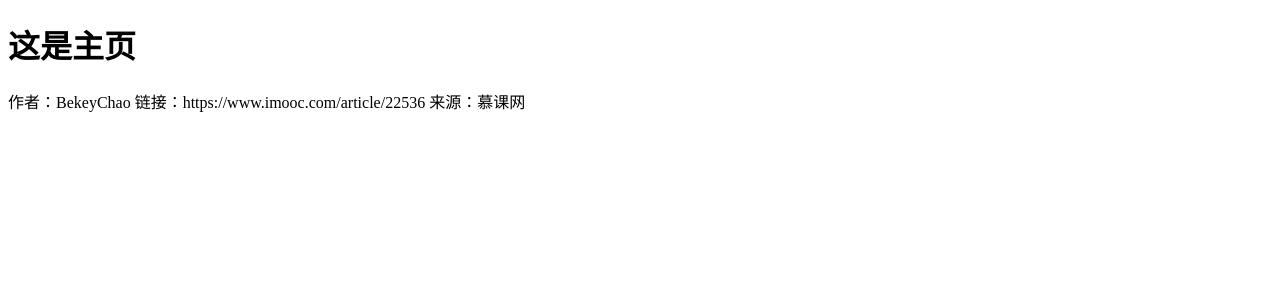
Repository: meveno/demospotify
Page: demospotify/src/main/resources/static/index.html
The author's editor kept a copy of each file at every save. The page is drawn from the files as they stood at one save, then again after the next save.
The browser window is 1280 px wide. The pictures show the whole page.

Above is the page before, as saved 2018-11-07 12:39:57.

### demospotify/src/main/resources/static/index.html
<!DOCTYPE html>
<html lang="en">
<head>
    <meta charset="UTF-8">
    <title>这是主页</title>
</head>
<body>
    <h1>这是主页</h1>
</body>
</html>

作者：BekeyChao
链接：https://www.imooc.com/article/22536
来源：慕课网

After the next save:
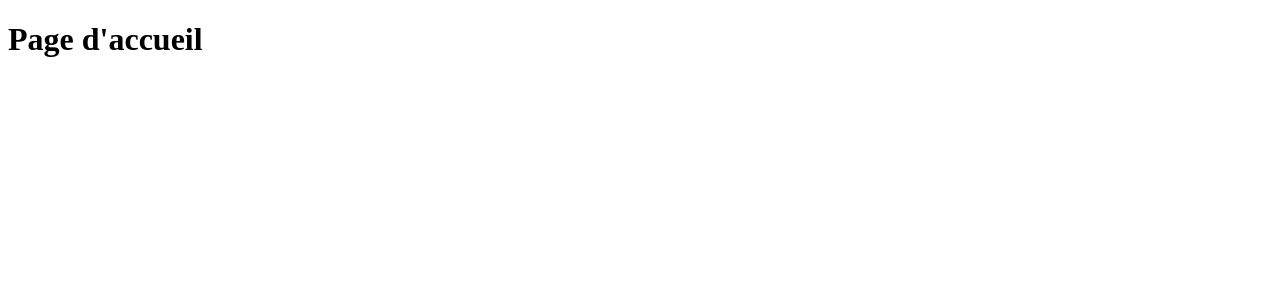
Saved 16 s later.
--- a/demospotify/src/main/resources/static/index.html
+++ b/demospotify/src/main/resources/static/index.html
@@ -5,10 +5,6 @@
     <title>这是主页</title>
 </head>
 <body>
-    <h1>这是主页</h1>
+    <h1>Page d'accueil</h1>
 </body>
 </html>
-
-作者：BekeyChao
-链接：https://www.imooc.com/article/22536
-来源：慕课网
